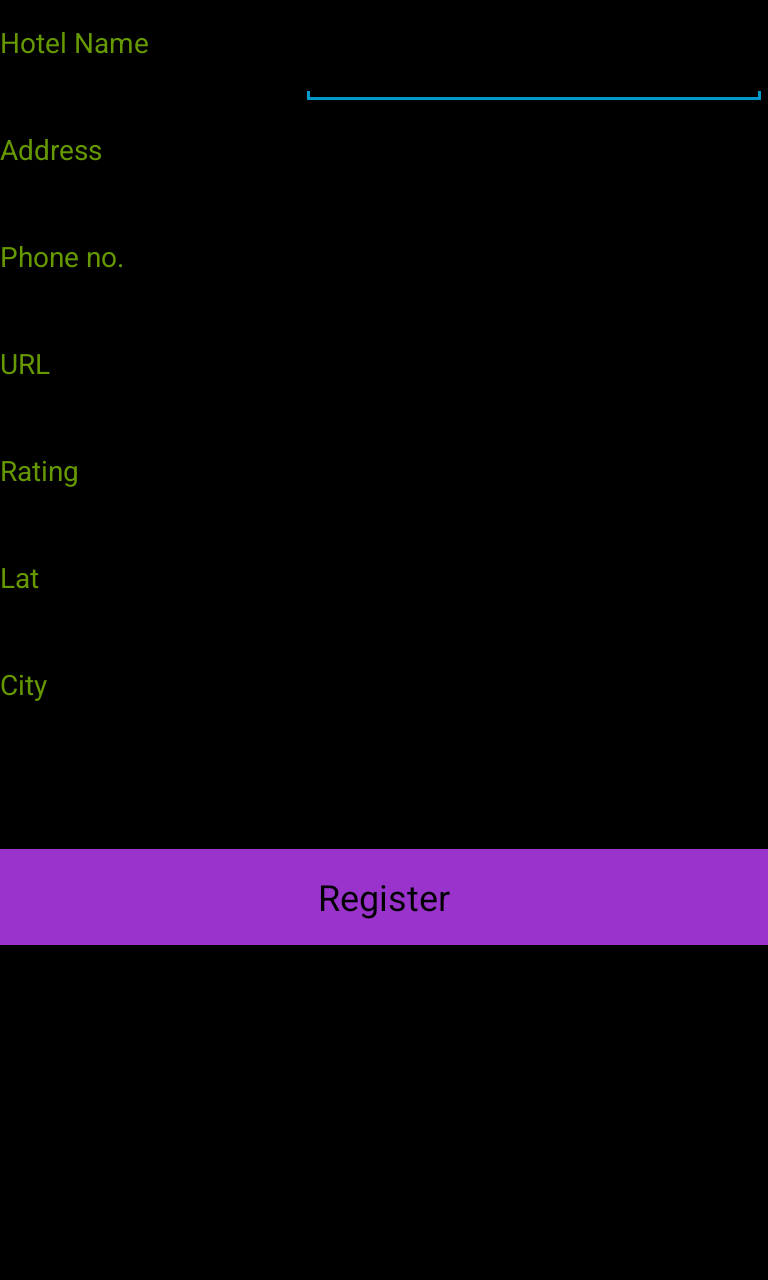
Repository: AungWinnHtut/projAndroid
Layout: com.engineer4myanmar.json.MainActivity/res/layout/activity_admin.xml
The author's editor kept a copy of each file at every save. The layout is drawn from the files as they stood at one save, then again after the next save.
It is drawn on a 768 x 1280 px phone screen (xhdpi) without system bars, with theme AppTheme; the app's code is not run.

Above is the layout before, as saved 2015-08-26 20:23:48.

### com.engineer4myanmar.json.MainActivity/res/layout/activity_admin.xml
<LinearLayout xmlns:android="http://schemas.android.com/apk/res/android"
    xmlns:tools="http://schemas.android.com/tools"
    android:layout_width="match_parent"
    android:layout_height="match_parent"
    android:background="#000"
    android:orientation="vertical" >

    <LinearLayout
        android:layout_width="match_parent"
        android:layout_height="wrap_content"
        android:orientation="horizontal" >

        <TextView
            android:id="@+id/textView1"
            android:layout_width="150dp"
            android:layout_height="wrap_content"
            android:text="Hotel Name"
            android:textColor="#669900" />

        <EditText
            android:id="@+id/etHotelname"
            android:layout_width="0dp"
            android:layout_height="wrap_content"
            android:layout_marginTop="14dp"
            android:layout_weight="1"
            android:ems="10"
            android:textColor="#ffbb33" >

            <requestFocus />
        </EditText>
    </LinearLayout>

    <LinearLayout
        android:layout_width="match_parent"
        android:layout_height="wrap_content"
        android:orientation="horizontal" >

        <TextView
            android:id="@+id/textView2"
            android:layout_width="150dp"
            android:layout_height="wrap_content"
            android:text="Address"
            android:textColor="#669900" />

        <EditText
            android:id="@+id/etAddress"
            android:layout_width="0dp"
            android:layout_height="wrap_content"
            android:layout_marginTop="14dp"
            android:layout_weight="1"
            android:ems="10"
            android:textColor="#ffbb33" />
    </LinearLayout>

    <LinearLayout
        android:layout_width="match_parent"
        android:layout_height="wrap_content"
        android:orientation="horizontal" >

        <TextView
            android:id="@+id/textView3"
            android:layout_width="150dp"
            android:layout_height="wrap_content"
            android:text="Phone no."
            android:textColor="#669900" />

        <EditText
            android:id="@+id/etPhone"
            android:layout_width="0dp"
            android:layout_height="wrap_content"
            android:layout_marginTop="14dp"
            android:layout_weight="1"
            android:ems="10"
            android:textColor="#ffbb33" />
    </LinearLayout>

    <LinearLayout
        android:layout_width="match_parent"
        android:layout_height="wrap_content"
        android:orientation="horizontal" >

        <TextView
            android:id="@+id/textView4"
            android:layout_width="150dp"
            android:layout_height="wrap_content"
            android:text="URL"
            android:textColor="#669900" />

        <EditText
            android:id="@+id/etUrl"
            android:layout_width="0dp"
            android:layout_height="wrap_content"
            android:layout_marginTop="14dp"
            android:layout_weight="1"
            android:ems="10"
            android:textColor="#ffbb33" />
    </LinearLayout>

    <LinearLayout
        android:layout_width="match_parent"
        android:layout_height="wrap_content"
        android:orientation="horizontal" >

        <TextView
            android:id="@+id/textView5"
            android:layout_width="150dp"
            android:layout_height="wrap_content"
            android:text="Rating"
            android:textColor="#669900" />

        <EditText
            android:id="@+id/etRating"
            android:layout_width="0dp"
            android:layout_height="wrap_content"
            android:layout_marginTop="14dp"
            android:layout_weight="1"
            android:ems="10"
            android:textColor="#ffbb33" />
    </LinearLayout>

    <LinearLayout
        android:layout_width="match_parent"
        android:layout_height="wrap_content"
        android:orientation="horizontal" >

        <TextView
            android:id="@+id/textView6"
            android:layout_width="150dp"
            android:layout_height="wrap_content"
            android:text="Lat"
            android:textColor="#669900" />

        <EditText
            android:id="@+id/etProfession"
            android:layout_width="0dp"
            android:layout_height="wrap_content"
            android:layout_marginTop="14dp"
            android:layout_weight="1"
            android:ems="10"
            android:textColor="#ffbb33" />
    </LinearLayout>

    <LinearLayout
        android:layout_width="match_parent"
        android:layout_height="wrap_content"
        android:orientation="horizontal" >

        <TextView
            android:id="@+id/textView7"
            android:layout_width="150dp"
            android:layout_height="wrap_content"
            android:text="City"
            android:textColor="#669900" />

        <EditText
            android:id="@+id/etCity"
            android:layout_width="0dp"
            android:layout_height="wrap_content"
            android:layout_marginTop="14dp"
            android:layout_weight="1"
            android:ems="10"
            android:textColor="#ffbb33" />
    </LinearLayout>

    <LinearLayout
        android:layout_width="match_parent"
        android:layout_height="wrap_content"
        android:layout_marginTop="50dp"
        android:orientation="horizontal" >

        <Button
            android:layout_width="match_parent"
            android:layout_height="wrap_content"
            android:background="#9933cc"
            android:onClick="funRegister"
            android:text="Register" />
    </LinearLayout>

</LinearLayout>

Loaded but not shown: com.engineer4myanmar.json.MainActivity/res/values-v11/styles.xml (common file); com.engineer4myanmar.json.MainActivity/res/values-v14/styles.xml (common file); com.engineer4myanmar.json.MainActivity/res/values/styles.xml (common file)

After the next save:
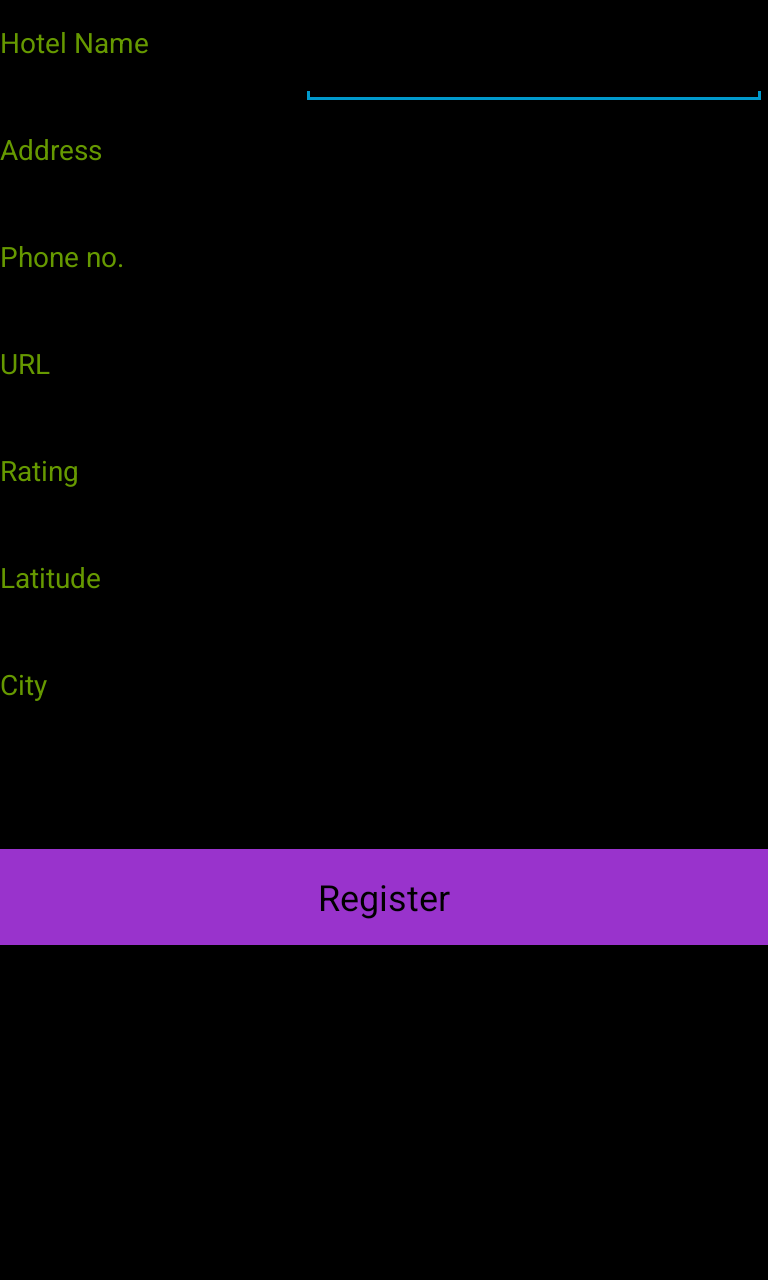
Saved 9 s later.
--- a/com.engineer4myanmar.json.MainActivity/res/layout/activity_admin.xml
+++ b/com.engineer4myanmar.json.MainActivity/res/layout/activity_admin.xml
@@ -127,7 +127,7 @@
             android:id="@+id/textView6"
             android:layout_width="150dp"
             android:layout_height="wrap_content"
-            android:text="Lat"
+            android:text="Latitude"
             android:textColor="#669900" />
 
         <EditText
